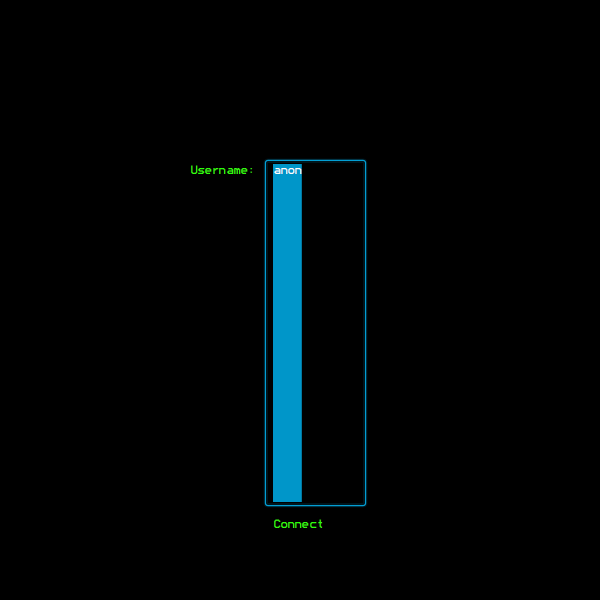
Repository: silic4-ivey/River
Program's window: java RiverClient/src/Main.java
An editor plug-in stored every save of this project. The program's window is shown before and after the next save, followed by the edit.
It runs on Java 21 on a 1366 x 768 screen with JavaFX 11; the title bar is not drawn. It also reads RiverClient/resources/fonts/Modeseven-L3n5.ttf.

Above is the program's window before, as saved 2021-08-16 18:55:19.

After the next save:
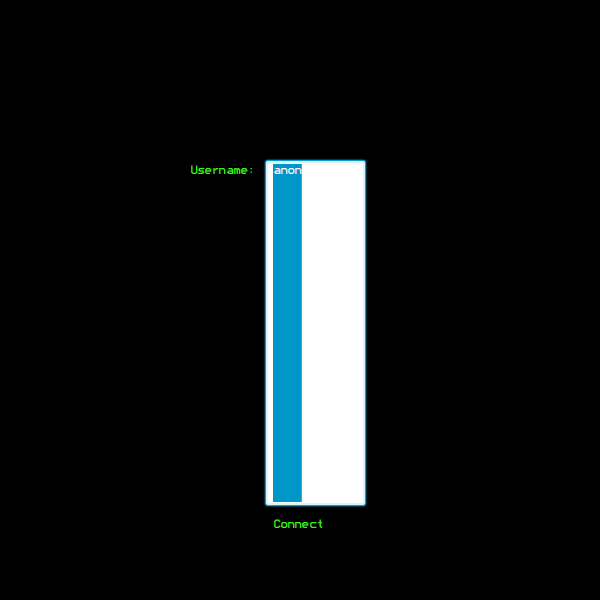
Saved 15 s later.
--- a/RiverClient/src/MainUI.java
+++ b/RiverClient/src/MainUI.java
@@ -52,7 +52,7 @@
 		}
 
 		text.setStyle("-fx-text-inner-color: #39ff14");
-		text.setStyle("-fx-control-inner-background: black");
+		//text.setStyle("-fx-control-inner-background: black");
 		//text.setStyle("-fx-border-color: #39ff14");
 
 		userLbl.setTextFill(Color.web("#39ff14"));
